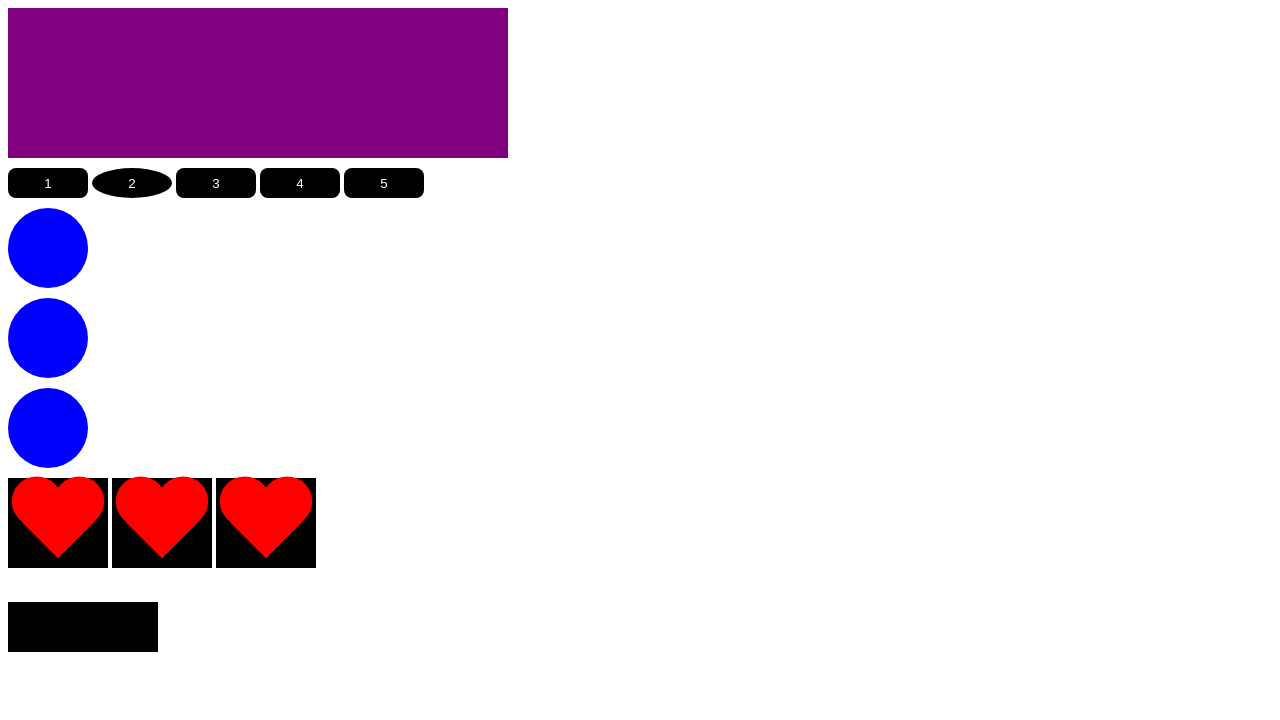
Repository: armus503/First_homework
Page: index2.html
These files come from the project's save history. The page is drawn as it stood at one moment and after the next save; the edit follows.
The browser window is 1280 px wide. The pictures show the whole page.

Above is the page before, as saved 2021-08-26 21:12:22.

### index2.html
<!DOCTYPE html>
<html lang="ru">

<head>
    <meta charset="utf-8">
    <meta http-equiv="X-UA-Compatible" content="IE=edge">
    <title>JavaScript</title>
    <link rel="stylesheet" href="/style2.css">
</head>

<body>
    <div class="box" id="box"></div>
    <button>1</button>
    <button>2</button>
    <button>3</button>
    <button>4</button>
    <button>5</button>

    <div class="circle"></div>
    <div class="circle"></div>
    <div class="circle"></div>

    <div class="wrapper">
        <div class="heart"></div>
        <div class="heart"></div>
        <div class="heart"></div>

    </div>

    <script src="/script2.js"></script>
</body>

</html>

### style2.css
.box {
  width: 150px;
  height: 150px;
  background-color: red;
}
button {
	width: 80px;
	height: 30px;
	margin-top: 10px;
	border: none;
	border-radius: 8px;
	background-color: #000;
	color: #fff;
	cursor: pointer;
	outline: none;
}

.circle {
	width: 80px;
	height: 80px;
	background-color: blue;
	display: block;
	margin-top: 10px;
	border-radius: 100%;
}

.heart {
	display: inline-block;
    position: relative;
    width: 100px;
    height: 90px;
    margin-top: 10px;
}
.heart:before,
.heart:after {
    position: absolute;
    content: "";
    left: 50px;
    top: 0;
    width: 50px;
    height: 80px;
    background: red;
    -moz-border-radius: 50px 50px 0 0;
    border-radius: 50px 50px 0 0;
    -webkit-transform: rotate(-45deg);
       -moz-transform: rotate(-45deg);
        -ms-transform: rotate(-45deg);
         -o-transform: rotate(-45deg);
            transform: rotate(-45deg);
    -webkit-transform-origin: 0 100%;
       -moz-transform-origin: 0 100%;
        -ms-transform-origin: 0 100%;
         -o-transform-origin: 0 100%;
            transform-origin: 0 100%;
}
.heart:after {
    left: 0;
    -webkit-transform: rotate(45deg);
       -moz-transform: rotate(45deg);
        -ms-transform: rotate(45deg);
         -o-transform: rotate(45deg);
            transform: rotate(45deg);
    -webkit-transform-origin: 100% 100%;
       -moz-transform-origin: 100% 100%;
        -ms-transform-origin: 100% 100%;
         -o-transform-origin: 100% 100%;
            transform-origin :100% 100%;
}
.black{
	width: 150px;
	height: 50px;
	line-height: 50px;
	text-align: center;
	background-color: black;
	margin-bottom: 30px;
	margin-top: 30px;
	color: #fff;
}

### script2.js
'use strict';

const box = document.getElementById('box'),
    btns = document.getElementsByTagName('button'),
    circles = document.getElementsByClassName('circle'),
    hearts = document.querySelectorAll('.heart'),
    oneHeart = document.querySelector('.heart'),
    wrapper = document.querySelector('.wrapper');

//console.dir(box); //посмотреть на элемент в качестве объекта

//инлайн стили(применяемые через JS) имеют приоритет перед стилями CSS
box.style.backgroundColor = 'blue'; //значения стилей записываем
box.style.width = '500px'; //в строковом формате, иначе не применятся

btns[1].style.borderRadius = '100%'; //меняем радиус второй кнопки псевдомассива btns

/*! этот способ назначения свойств действует только для отдельных элементов
для псевдомассива используется свойство cssText */

box.style.cssText = 'background-color: purple; width: 500px'; //стили записываются уже как в CSS
//так же можно использовать переменные, если свойства меняются динамически

//Для произведения одних и тех же действий над несколькими элементами используем циклы for, for...in, forEach(только вместе с querySelectorAll):

/*for (let i = 0; i < hearts.length; i++) {
    hearts[i].style.backgroundColor = 'orange';
}*/

hearts.forEach(item => {
    item.style.backgroundColor = 'black';
}); //стили примеятся ко всем элементам списка hearts


//Основные методы для работы с элементами страницы
//1) Создание элементов страницы при помощи скрипта(метод createElement)
const div = document.createElement('div'); //элемент создан и существует только внутри JS файла

//2)Создание текстовых узлов
const text = document.createTextNode('Я был тут'); // текст помещен в текстовый узел(ноду) и появится на странице. Используется редко.

//3)Работа с классами
div.classList.add('black'); //добавить(add) класс 'black' к блоку div при  помощи свойства classList

/* !!!!!!! Любой элемент можно ставить в начало, конец, середину документа, но по отношению к другому элементу (принцип дерева DOM)!!!!!!!!!*/

//Современные методы для работы с элементами страницы

//1)метод append(в конец блока)
document.body.append(div); //вставить в конец тега body элемент div при помощи метода append

//document.querySelector('.wrapper').append(div); //если класс wrapper используетя только
//один раз на странице, то можно так(вставить в конец блока с классом wrapper элемент div)

//wrapper.append(div); //если класс wrapper используется на странице несколько раз
//создаем переменную wrapper и уже добавляем элемент div в конец блока с классом wrapper так
//wrapper.appendChild(div);//устаревший метод(добавляет div в конец wrapper)

//2)свойство prepend(в начало блока)
//wrapper.prepend(div); //добавить элемент div в начало блока с классом wrapper

//3)метод before(перед)
//hearts[0].before(div); //добавить элем div перед первым элем hearts

//4)метод after(перед)
//hearts[0].after(div); //добавить элем div после первого элем hearts

//5)метод remove
//circles[0].remove(); //удалить первый элемент из circles

//6)метод replaceWith
//hearts[0].replaceWith(circles[0]); //заменить первый элем из hearts на первый элем из circles

After the next save:
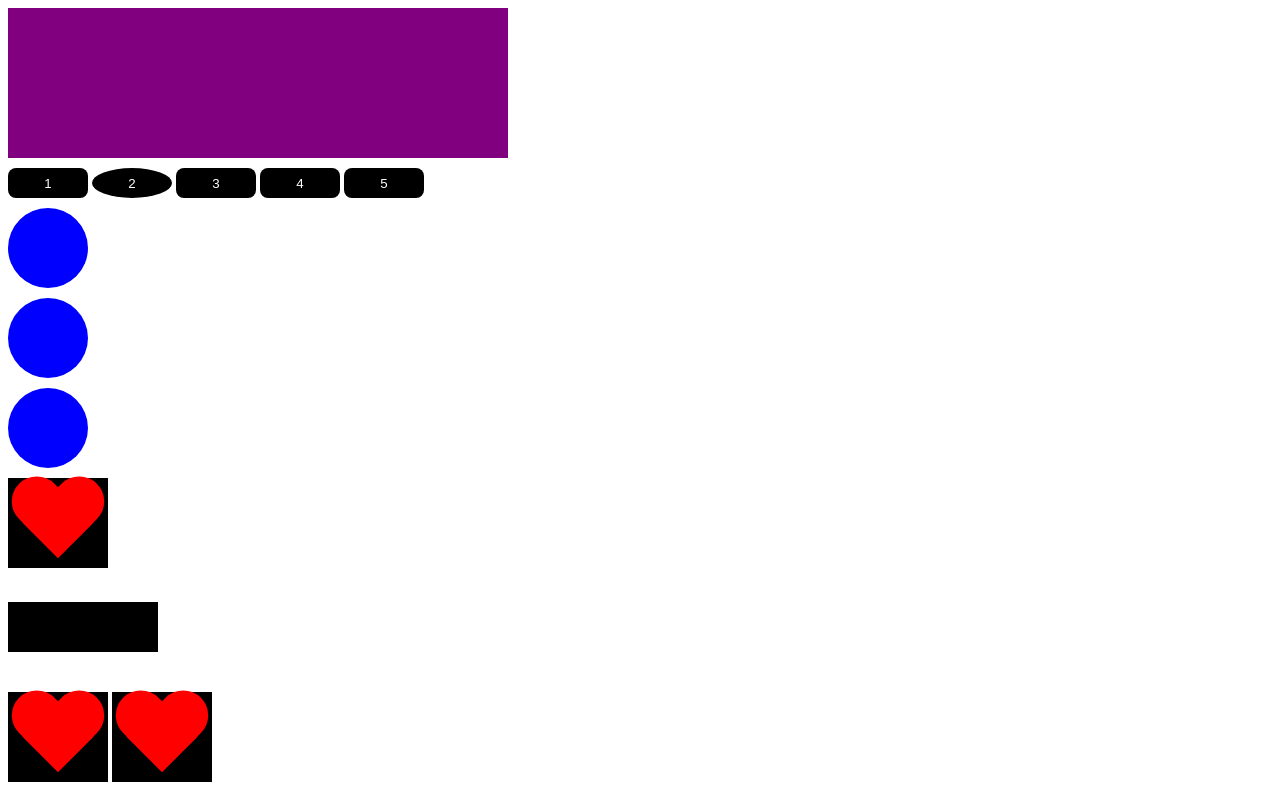
Saved 5 min 9 s later.
--- a/script2.js
+++ b/script2.js
@@ -65,6 +65,8 @@
 //4)метод after(перед)
 //hearts[0].after(div); //добавить элем div после первого элем hearts
 
+wrapper.insertBefore(div, hearts[1]);
+
 //5)метод remove
 //circles[0].remove(); //удалить первый элемент из circles
 

After the save that followed:
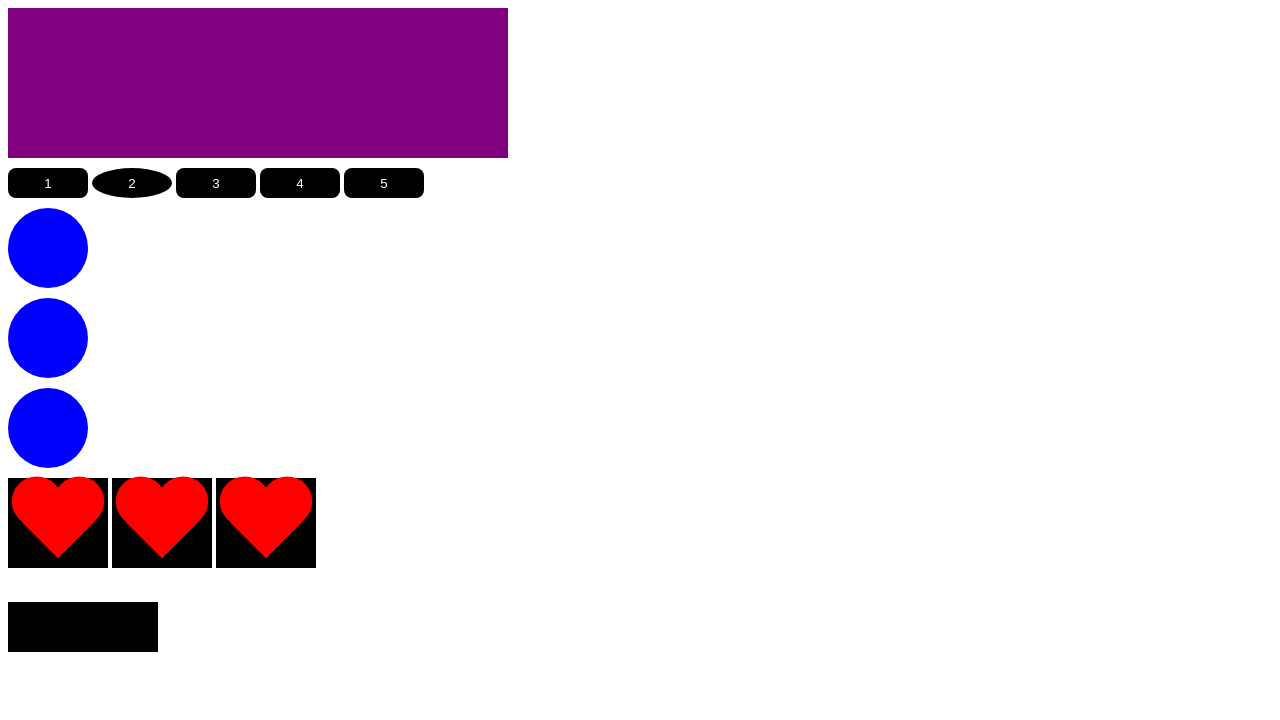
Saved 103 s later.
--- a/script2.js
+++ b/script2.js
@@ -65,7 +65,7 @@
 //4)метод after(перед)
 //hearts[0].after(div); //добавить элем div после первого элем hearts
 
-wrapper.insertBefore(div, hearts[1]);
+//wrapper.insertBefore(div, hearts[1]);//устаревший(добавить div перед вторым элементом hearts)
 
 //5)метод remove
 //circles[0].remove(); //удалить первый элемент из circles
